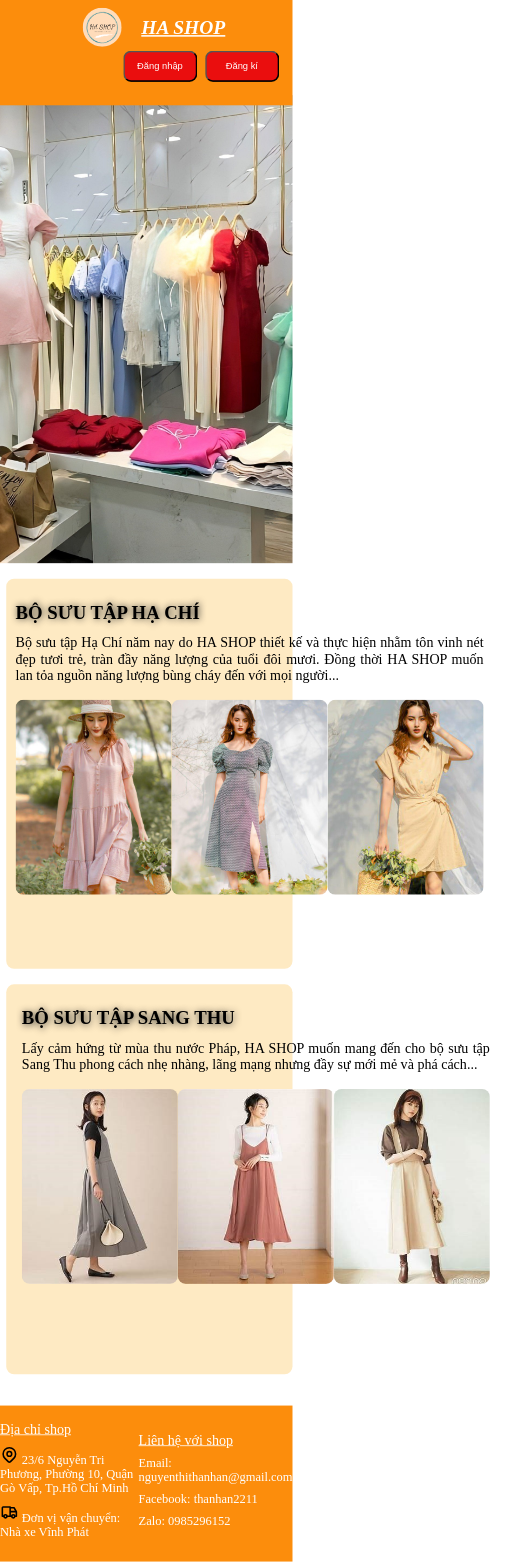
Repository: manhhieu120499/Project_ShopQuanAo
Page: index.html
The author's editor kept a copy of each file at every save. The page is drawn from the files as they stood at one save, then again after the next save.
The browser window is 375 px wide. The page is 628 px wide, then 652 px, then 628 px, so the pictures cover 652 px, including what lies to the right of the window. The pictures show the whole page, at 78% of full size.

Above is the page before, as saved 2023-04-07 23:31:29.

### index.html
<!DOCTYPE html>
<html lang="en">

<head>
    <meta charset="UTF-8" />
    <meta http-equiv="X-UA-Compatible" content="IE=edge" />
    <meta name="viewport" content="width=device-width, initial-scale=1.0" />
    <title>Document</title>
    <link rel="stylesheet" href="/css/style_trangchu.css">
    <link rel="stylesheet" href="/responsive/responsive_trangchu.css">
</head>

<body>
    <div class="wrap">
        <div class="header">
            <div class="left-header">
                <img src="/image/image_trangchu/Thời trang hiện dại.png" alt="logo_shop" class="picture"/>
                <h2 class="shop_name">HA SHOP</h2>
            </div>

            <div class="right-header">
                <div class="link">
                    <a href="#">Trang Chủ</a>
                    <a href="http://127.0.0.1:5501/html/ban_hang.html">Cửa Hàng</a>
                    <a href="#">Liên hệ</a>
                </div>
                 <div class="btn">
                     <button>Đăng nhập</button>
                     <button>Đăng kí</button>
                 </div>
            </div>

        </div>

        <div class="slide_bar">
            <img src="/image/image_trangchu/slide.jpg" alt="slide_picture">
        </div>

        <div class="album">
            <div class="album_one">
                <div class="left_picture">
                     <img src="/image/image_trangchu/10.jpg" alt="picture_ha_chi">
                </div>
                <div class="right_description">
                      <h2 class="title_album">BỘ SƯU TẬP HẠ CHÍ</h2>
                      <p class="desc">   Bộ sưu tập Hạ Chí năm nay do HA SHOP thiết kế và thực hiện nhằm tôn vinh nét đẹp tươi trẻ, tràn đầy năng lượng của tuổi đôi mươi. Đồng thời HA SHOP muốn lan tỏa nguồn năng lượng bùng cháy đến với mọi người...</p>
                      <div class="picture_etc">
                        <img src="/image/image_trangchu/11.jpg" alt="picture_ha_chi">
                        <img src="/image/image_trangchu/12.jpg" alt="picture_ha_chi">
                        <img src="/image/image_trangchu/13.jpg" alt="picture_ha_chi">
                      </div>
                </div>

            </div>

            <div class="album_two album_one ">
                <div class="right_description">
                    <h2 class="title_album">BỘ SƯU TẬP SANG THU</h2>
                    <p class="desc">   Lấy cảm hứng từ mùa thu nước Pháp, HA SHOP muốn mang đến cho bộ sưu tập Sang Thu phong cách nhẹ nhàng, lãng mạng nhưng đầy sự mới mẻ và phá cách...</p>
                    <div class="picture_etc">
                        <img src="/image/image_trangchu/5.jpg" alt="picture_sang_thu">
                        <img src="/image/image_trangchu/8.jpg" alt="picture_sang_thu">
                        <img src="/image/image_trangchu/6.jpg" alt="picture_sang_thu">
                    </div>
                </div>
                <div class="left_picture">
                     <img src="/image/image_trangchu/3.jpg" alt="picture_sang_thu">
                </div>

            </div>
        </div>

        <div class="footer">
            <div class="left_footer">
                  <p class="address">Địa chỉ shop</p>
                  <p>
                    <a class="icon">
                        <svg xmlns="http://www.w3.org/2000/svg" class="icon icon-tabler icon-tabler-map-pin" width="24" height="24" viewBox="0 0 24 24" stroke-width="2" stroke="currentColor" fill="none" stroke-linecap="round" stroke-linejoin="round">
                            <path stroke="none" d="M0 0h24v24H0z" fill="none"></path>
                            <path d="M12 11m-3 0a3 3 0 1 0 6 0a3 3 0 1 0 -6 0"></path>
                            <path d="M17.657 16.657l-4.243 4.243a2 2 0 0 1 -2.827 0l-4.244 -4.243a8 8 0 1 1 11.314 0z"></path>
                         </svg>
                    </a>
                     23/6 Nguyễn Tri Phương, Phường 10, Quận Gò Vấp, Tp.Hồ Chí Minh
                  </p>
                  <p>
                    <a>
                        <svg xmlns="http://www.w3.org/2000/svg" class="icon icon-tabler icon-tabler-truck" width="24" height="24" viewBox="0 0 24 24" stroke-width="2" stroke="currentColor" fill="none" stroke-linecap="round" stroke-linejoin="round">
                            <path stroke="none" d="M0 0h24v24H0z" fill="none"></path>
                            <path d="M7 17m-2 0a2 2 0 1 0 4 0a2 2 0 1 0 -4 0"></path>
                            <path d="M17 17m-2 0a2 2 0 1 0 4 0a2 2 0 1 0 -4 0"></path>
                            <path d="M5 17h-2v-11a1 1 0 0 1 1 -1h9v12m-4 0h6m4 0h2v-6h-8m0 -5h5l3 5"></path>
                         </svg>
                         Đơn vị vận chuyển: Nhà xe Vĩnh Phát
                    </a>
                  </p>
            </div>
            <div class="right_footer">
                 <p class="address">Liên hệ với shop</p>
                 <p>Email: nguyenthithanhan@gmail.com</p>
                 <p>Facebook: thanhan2211</p>
                 <p>Zalo: 0985296152</p>
            </div>

        </div>
    </div>

</body>

</html>

### css/style_trangchu.css
* {
    margin: 0;
    box-sizing: border-box;
}

.wrap {
    display: flex;
    flex-direction: column;
    width: 100%;
    height: 100%;
}


.header {
    background-color: #FC8D0C;
    display: flex;
    justify-content: space-around;
    position: fixed;
    width: 100%;
    top: 0;
    left: 0;
    padding: 10px 0;
    z-index: 1;
}

.left-header {
    width: 270px;
    display: flex;
    align-items: center;
    justify-content: space-between;
}

.left-header .picture {
    width: 100px;
    height: 100px;
    border-radius: 50%;
}

.left-header .shop_name {
    color: white;
    font-size: 25px;
    text-decoration: underline;
    font-style: italic;
}

.right-header .link {
    width: 400px;
    display: flex;
    justify-content: space-between;
}

.right-header .link a:hover {
    color: black;
}

.right-header .link > a {
    color: white;
    text-decoration: none;
    font-size: 25px;
    /* padding: 10px 35px; */
}

.right-header {
    width: 800px;
    display: flex;
    align-items: flex-end;
    margin-bottom: 20px;
    justify-content: space-between;
}

.right-header .btn {
    display: flex;
    justify-content: space-between;
    width: 300px;
}

.right-header .btn > button {
    background-color: #EA0E0E;
    padding: 10px 15px;
    border-radius: 10px;
    font-size: 16px;
    color: white;
    width: 200px;
    height: 40px;
    margin-left: 10px;
}



/* slide bar*/
.slide_bar {
    margin-top: 122px;
    height: 400px;
}
.slide_bar > img{
    width: 100%;
    object-fit: cover;
    height: 600px;
    display: block;
    margin-bottom: 20px;
}

/*album bo suu tap*/
.album {
    display: flex;
    width: calc(100% - 32px);
    flex-direction: column;
}
.album_one {
    margin-top: 220px;
    width: calc(100% - 32px);
    margin-left: 32px;
    height: 500px;
    background-color: #FEEAC3;
    display: flex;
    justify-content: space-around;
    align-items: center;
    border-radius: 10px;

}

.left_picture {
    width: 340px;
    height: 440px;
}
.left_picture img{
    width: 340px;
    height: 440px;
    border-radius: 10px;
}

.left_picture img:hover {
    transform: scale(1.1);
    transition: ease all 0.7s;
}

.right_description {
    width: 700px;
    height: 440px;
    display: flex;
    flex-direction: column;
}

.right_description > .picture_etc{
    display: flex;
    align-items: center;
    justify-content: space-between;
}

.right_description > .picture_etc > img {
    width: 200px;
    height: 300px;
    border-radius: 10px;
    object-fit: cover;
    margin-top: 10px;
}

.right_description > .picture_etc > img:hover {
    transform: scale(1.1);
    transition: ease all 0.7s;
}

.right_description .title_album {
    font-weight: 600px;
    margin-bottom: 15px;
    text-shadow: 1px 1px 10px #222;
}

.right_description .desc {
    font-size: 18px;
    text-align: start;
    margin-bottom: 10px;
}

.album .album_two {
    margin-top: 20px;
}

/*footer*/
.footer {
    margin-top: 40px;
    width: 100%;
    height: 200px;
    background-color: #FC8D0C;
    display: flex;
    justify-content: space-around;
    align-items: center;
    color: white;
}

.footer .left_footer {
    display: flex;
    flex-direction: column;
}

.left_footer p {
    margin-bottom: 10px;
}

.left_footer .address {
    text-decoration: underline;
    font-size: 18px;
}

.footer .right_footer {
    display: flex;
    flex-direction: column;
}

.right_footer p {
    margin-bottom: 10px;
}

.right_footer .address {
    text-decoration: underline;
    font-size: 18px;
}

.footer svg {
    color: black;
}

### responsive/responsive_trangchu.css
/*ipad pro*/
@media only screen and (max-width: 1024px){
    .left-header {
        width: 230px;
        margin-left: 20px;
    }

    .right-header .link {
        width: 350px;
        margin-left: 60px;
    }

    .btn {
        margin-right: 30px;
    }

    .album_one .left_picture{
        width: 250px;
        height: 350px;
        margin-left: 12px;
    }
    .album_one .left_picture > img {
        width: 100%;
        height: 100%;
    }


    .album_one .right_description {
        width: 650px;
        margin-right: 20px;
    }


    .right_description > .picture_etc > img {
        width: 200px;
        height: 250px;
    }

    .right_description .desc{
        text-align: justify;
    }

    .album_two .left_picture {
        margin-right: 24px;
    }

    .album_two .right_description {
        margin-left: 20px;
    }
}

/*iphone x*/
@media only screen and (max-width: 376px) {
    .header {
        width: 375px;
        display: flex;
        flex-direction: column;
        align-items: center;

    }

    .left-header {
        justify-content: center;
        gap: 25px;
    }
    .right-header .link {
        width: 0;
    }

    .right-header .link > a{
        display: none;
    }

    .left-header .picture {
        width: 50px;
        height: 50px;
    }

    .right-header {
        width: 200px;
    }
    .right-header .btn {
       display: flex;
       justify-content: space-between;


    }

    .right-header .btn > button{
       width: 95px;
       height: 40px;
       font-size: 12px;
       text-align: center;
       margin-top: 5px;
    }

    .album_one {
       width: 367px;
       margin-left: 8px;
       margin-right: 8px;
    }
}

After the next save:
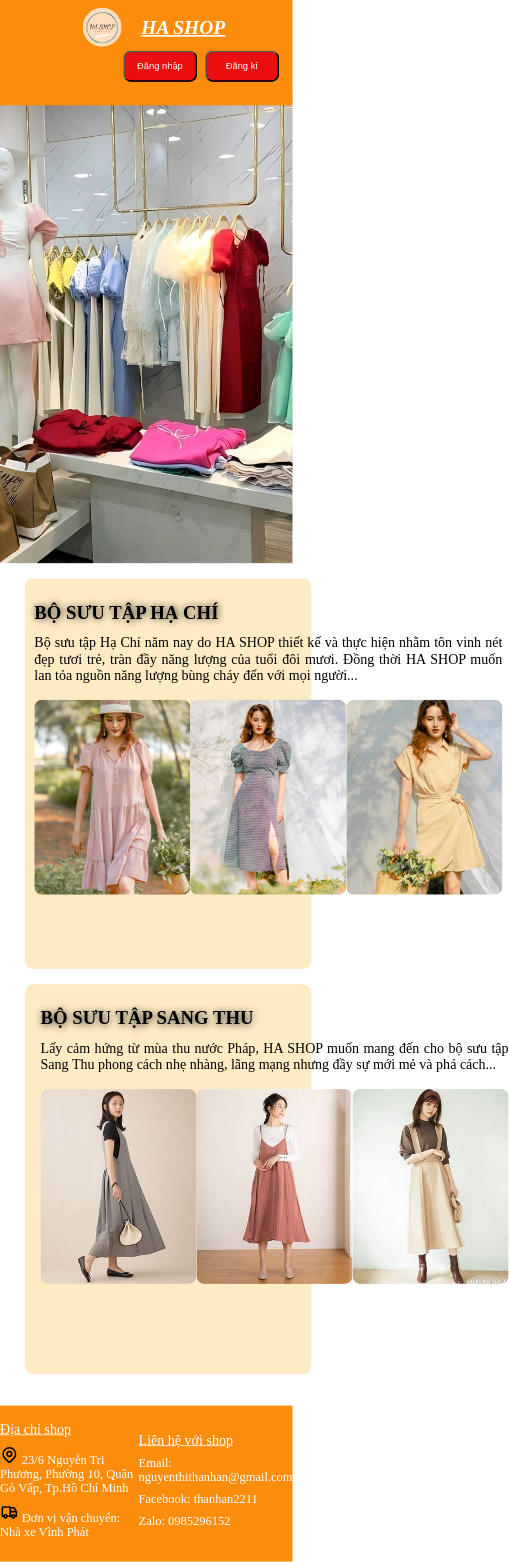
Saved 22 s later.
--- a/responsive/responsive_trangchu.css
+++ b/responsive/responsive_trangchu.css
@@ -96,7 +96,6 @@
 
     .album_one {
        width: 367px;
-       margin-left: 8px;
-       margin-right: 8px;
+
     }
 }

After the save that followed:
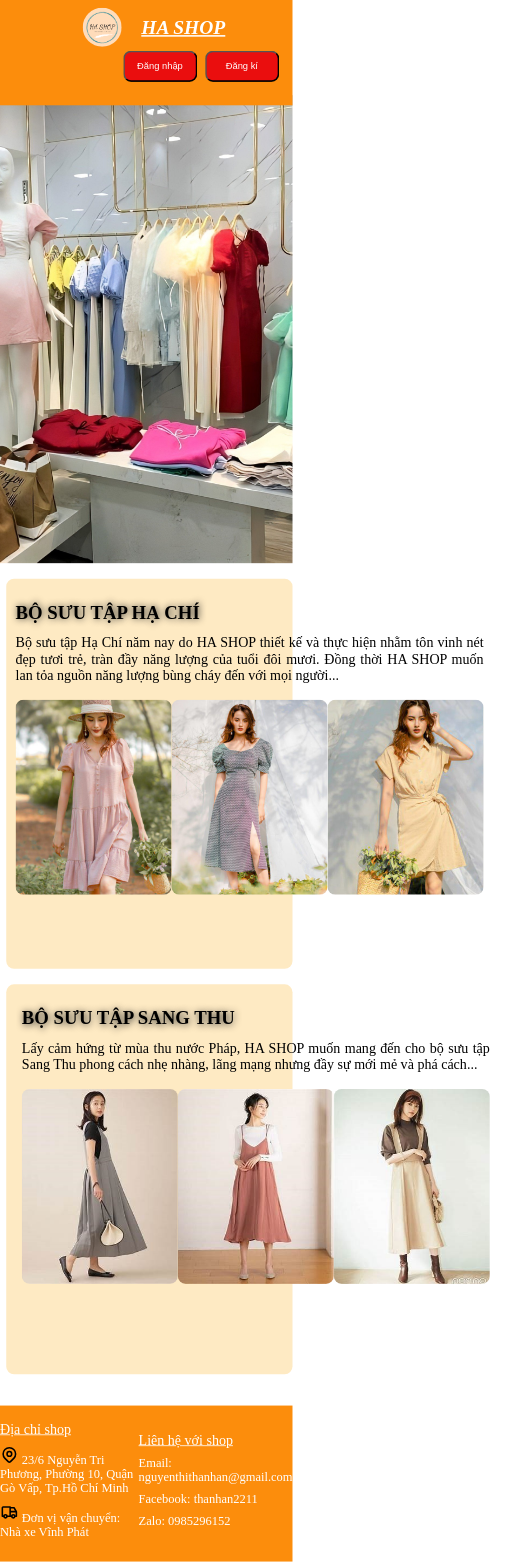
Saved 7 s later.
--- a/responsive/responsive_trangchu.css
+++ b/responsive/responsive_trangchu.css
@@ -96,6 +96,6 @@
 
     .album_one {
        width: 367px;
-
+       margin-left: 8px;
     }
 }
